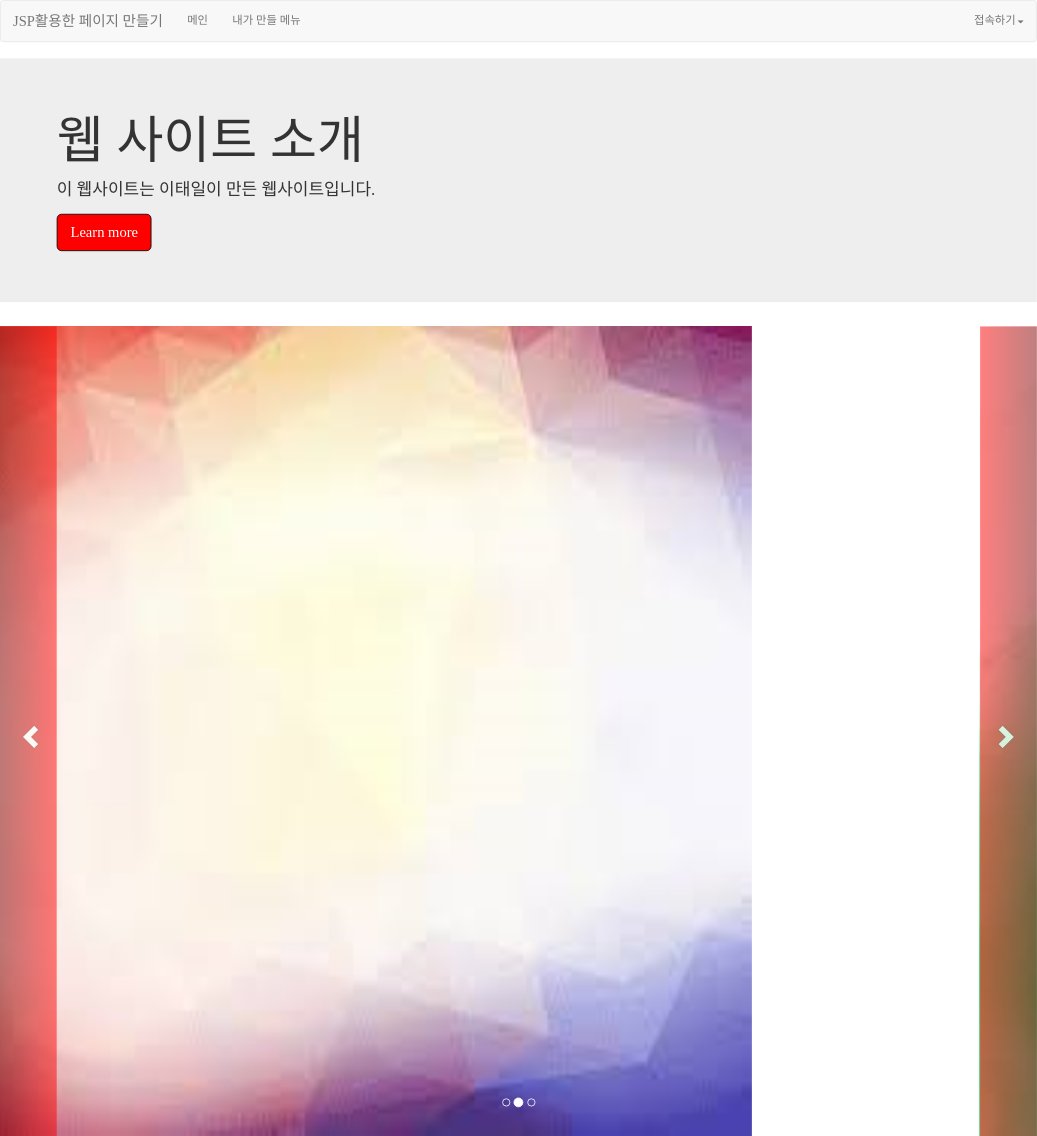
Repository: taeillee1/Newstudy
Page: http://localhost/SpringMVCJava/WEB-INF/views/mainpage.jsp
These files come from the project's save history. The page is drawn as it stood at one moment and after the next save; the edit follows.
The browser window is 1280 px wide. The pictures show the whole page, at 81% of full size.
Some web fonts or font styles are not loaded; a fallback is used. Some web libraries are served in a nearby version. The page is served by Tomcat 9. Nobody is signed in. Other server files are loaded and not shown. The template is opened directly, without the code that normally fills it, so the values that code supplies are empty.

Above is the page before, as saved 2022-01-08 10:55:14.

### Newpage/SpringMVCJava/src/main/webapp/WEB-INF/views/mainpage.jsp
<%@ page language="java" contentType="text/html; charset=UTF-8"
    pageEncoding="UTF-8"%>
<%@ page import="java.io.PrintWriter" %>
<!DOCTYPE html>
<html>
<head>
<meta http-equiv="Content-Type" content="text/html; charset=UTF-8">
<meta name="viewport" content="width=device-width",initial-scale="1">
<link rel="stylesheet" type="text/css" href="https://stackpath.bootstrapcdn.com/bootstrap/3.1.1/css/bootstrap.min.css">
<link rel="stylesheet" type="text/css" href="css/onlymine.css">
<title>Insert title here</title>
<style>
	.hi{
		background-color:yellow;
		font-size:30px;
	}
</style>
</head>
<body>
	<%
		String userID=null;
		if(session.getAttribute("userID") != null){
			userID=(String)session.getAttribute("userID");
		}
	%>
	<nav class="navbar navbar-default">
		<div class="navbar-header">
			<a class="navbar-brand" href ="mainpage">JSP활용한 페이지 만들기</a>
			<button type="button" class="navbar-toggle collapsed" data-toggle="collapse"
			data-target="#bs-example-navbar-collapse-1" aria-expanded="false"> <!-- collapse는 숨기기 기능  -->
				<span class="icon-bar"></span>
				<span class="icon-bar"></span>
				<span class="icon-bar"></span>

			</button>
		</div>
		<div class="collapse navbar-collapse" id =bs-example-navbar-collapse-1>
			<ul class="nav navbar-nav">
				<li><a href="mainpage">메인</a></li>
				<li><a href="Mymenu">내가 만들 메뉴</a></li>
			</ul>

			<%
			if(userID==null){
			%>
			<ul class="nav navbar-nav navbar-right">
				<li class="dropdown">
					<a href="#" class="dropdown-toggle" data-toggle="dropdown" role="button" aria-haspopup="true"
					aria-expanded="false">접속하기<span class="caret"></span></a>
					<ul class="dropdown-menu">
						<li><a href="login">로그인</a></li>
						<li><a href="join">회원가입</a></li>
					</ul>
				</li>
			</ul>
			<%
				}else{
			%>
			<ul class="nav navbar-nav navbar-right">
				<li class="dropdown">
					<a href="#" class="dropdown-toggle" data-toggle="dropdown" role="button" aria-haspopup="true"
					aria-expanded="false">회원관리<span class="caret"></span></a>
					<ul class="dropdown-menu">
						<li class="hi"><a href="#"><%= userID %></a></li>
						<li><a href="logoutAction">로그아웃</a></li>

					</ul>
				</li>
			</ul>
			<%
				}
			%>

		</div>
	</nav>
	<div class="jumbotron">
		<div class="container">
			<h1>웹 사이트 소개</h1>
			<p>이 웹사이트는 이태일이 만든 웹사이트입니다.</p>
			<p><a class="btn btn-primary btn-lg" href="#" role="button" style = "background-color: red; border-color:black;">Learn more</a></p>
		</div>
	</div>

		<div id="myCarousel" class="carousel slide" data-ride="carousel">
			<ol class="carousel-indicators">
				<li data-target="#myCarousel" data-slide-to="0" class="active"></li>
				<li data-target="#myCarousel" data-slide-to="1" class="active"></li>
				<li data-target="#myCarousel" data-slide-to="2" class="active"></li>
			</ol>
			<div class="carousel-inner">
				<div class="item active">
					<img src="image/im1.png">
				</div>
				<div class="item">
					<img src="image/im2.png">
				</div>
				<div class="item">
					<img src="image/imimim.png">
				</div>
			</div>
			<a class="left carousel-control" href="#myCarousel" data-slide="prev" style="background-color:red; width:70px;">
				<span class="glyphicon glyphicon-chevron-left"></span>
			</a>
			<a class="right carousel-control" href="#myCarousel" data-slide="next" style="background-color:red; width:70px;">
				<span class="glyphicon glyphicon-chevron-right"></span>
			</a>
		</div>



	<script src="http://code.jquery.com/jquery-3.1.1.min.js"></script>
	<script src="js/bootstrap.js"></script>
</body>
</html>

### Newpage/SpringMVCJava/src/main/webapp/resources/css/onlymine.css
@import url(http://fonts.googleapis.com/earlyaccess/nanumgothic.css);
@import url(http://fonts.googleapis.com/earlyaccess/hanna.css);
*{
	font-family : 'Nanum Gothic';
}
h1{
	font-family : 'Hanna';
}

Loaded but not shown: Newpage/SpringMVCJava/src/main/webapp/resources/js/bootstrap.js (library)

After the next save:
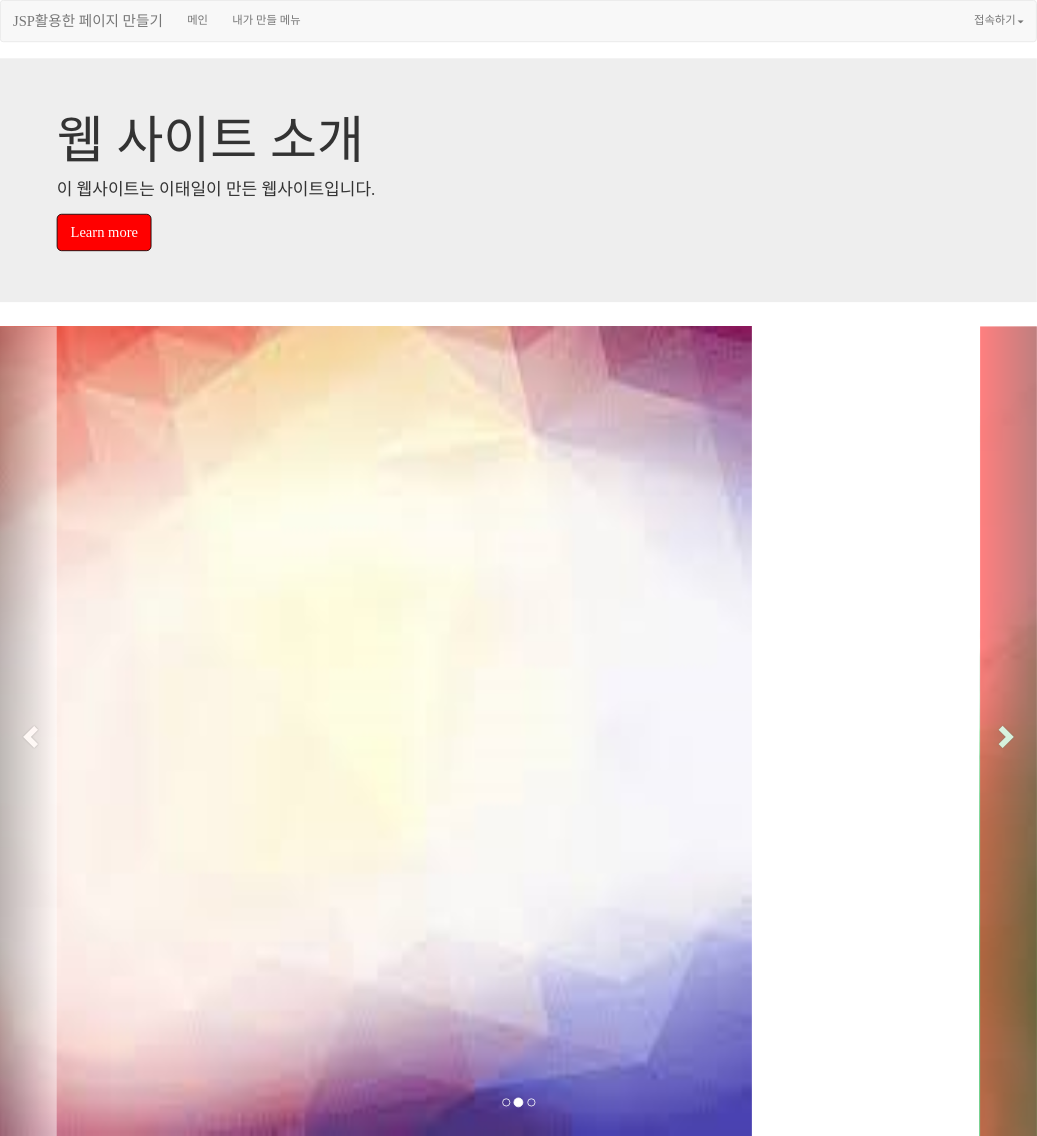
Saved 10 s later.
--- a/Newpage/SpringMVCJava/src/main/webapp/WEB-INF/views/mainpage.jsp
+++ b/Newpage/SpringMVCJava/src/main/webapp/WEB-INF/views/mainpage.jsp
@@ -98,7 +98,7 @@
 					<img src="image/imimim.png">
 				</div>
 			</div>
-			<a class="left carousel-control" href="#myCarousel" data-slide="prev" style="background-color:red; width:70px;">
+			<a class="left carousel-control" href="#myCarousel" data-slide="prev" style="background-color:white; width:70px;">
 				<span class="glyphicon glyphicon-chevron-left"></span>
 			</a>
 			<a class="right carousel-control" href="#myCarousel" data-slide="next" style="background-color:red; width:70px;">
